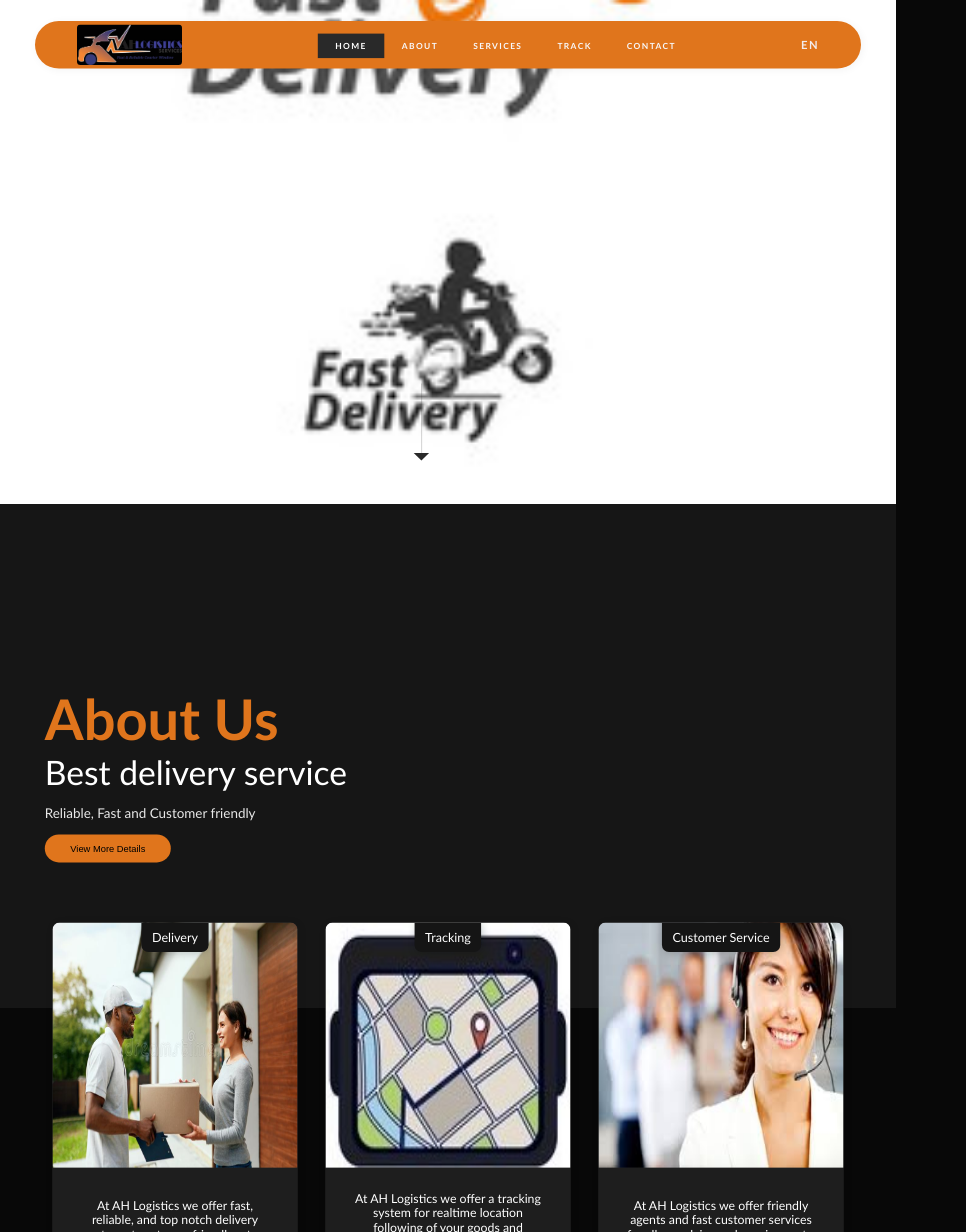
Repository: TheSecretlifeOfX/Ah-Logistics
Page: index.html
These files come from the project's save history. The page is drawn as it stood at one moment and after the next save; the edit follows.
The browser window is 1280 px wide. The page is 1280 px wide, then 1380 px, so the pictures cover 1380 px, including what lies to the right of the window. The pictures show the part of the page from y = 0 to 1760 px (the page is 2459 px tall before and 2519 px after), at 70% of full size.

Above is the page before, as saved 2022-03-02 13:31:13.

After the next save:
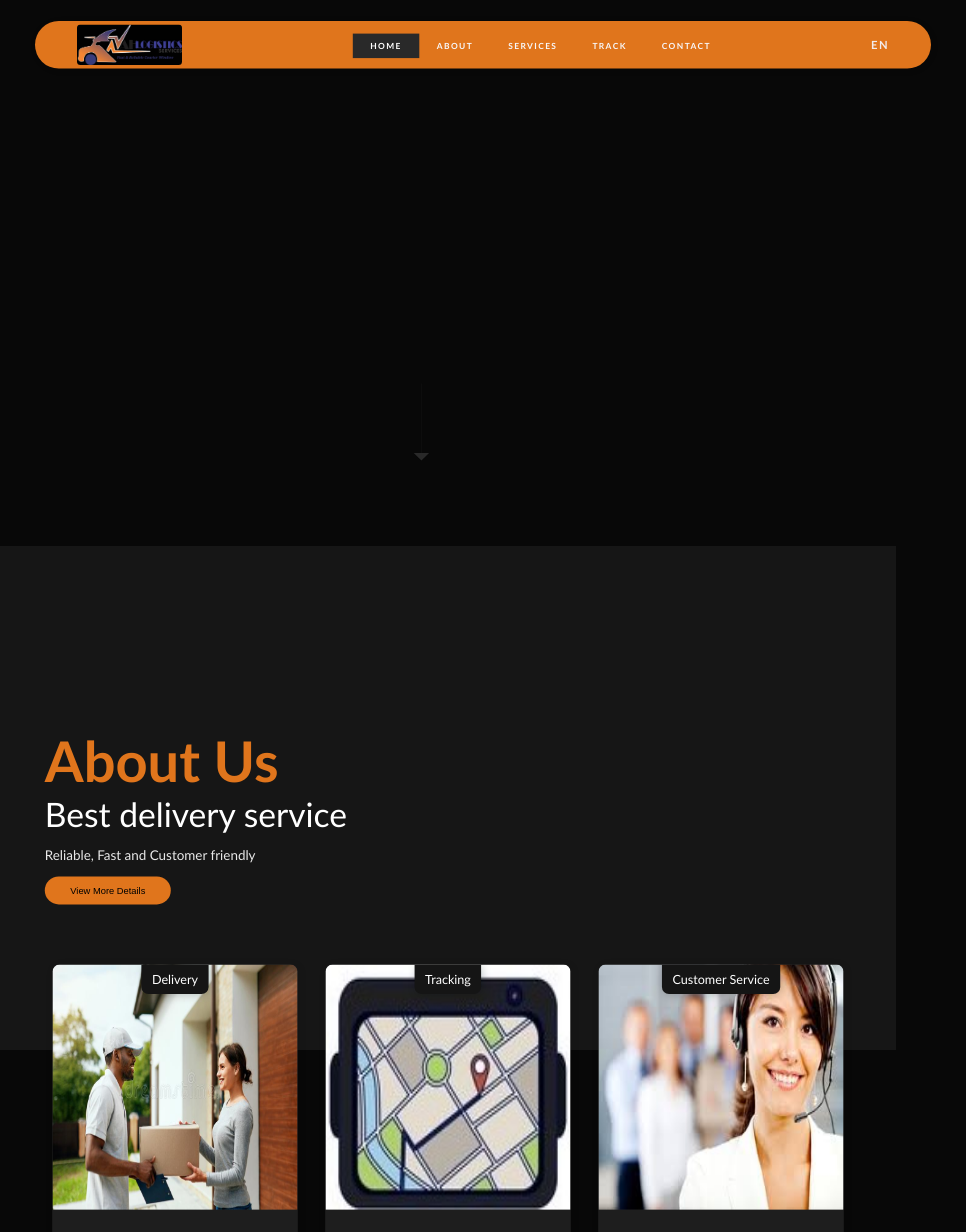
Saved 38 s later.
--- a/css/home.css
+++ b/css/home.css
@@ -21,12 +21,12 @@ padding:30px 50px;
 position:relative;
 width:100%;
 height: 100vh;
-box-sizing: border-box;
-background-size: 1330px;
+/*box-sizing: border-box;
+/*background-size: 1330px;
 background-position: right bottom;
 background-repeat: no-repeat;
 background-image: url("../images/AhLogic.jpg");
-background-color: #edf1fd;
+background-color: #edf1fd;*/
 }
 nav{
 display:flex;
